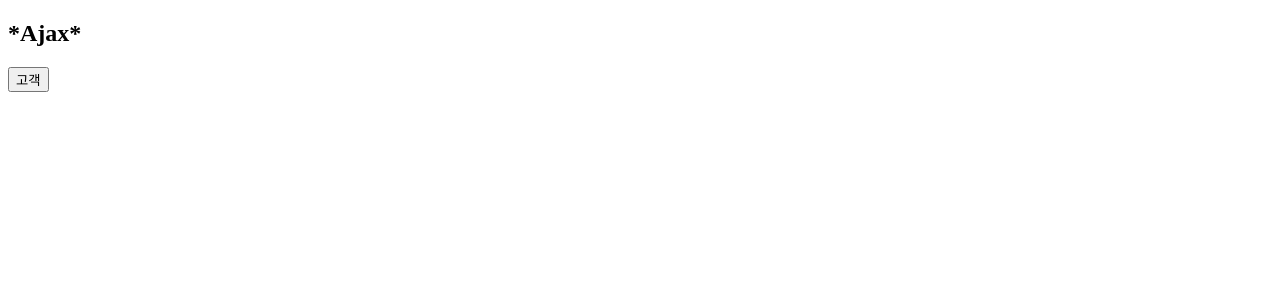
Repository: offbr/Spring
Page: http://localhost/spring_mvc19_json_ex/
The author's editor kept a copy of each file at every save. The page is drawn from the files as they stood at one save, then again after the next save.
The browser window is 1280 px wide. The pictures show the whole page.
The page is served by Tomcat 9. Nobody is signed in. The application's start-up code is not run.

Above is the page before, as saved 2016-10-14 05:35:55.

After the next save:
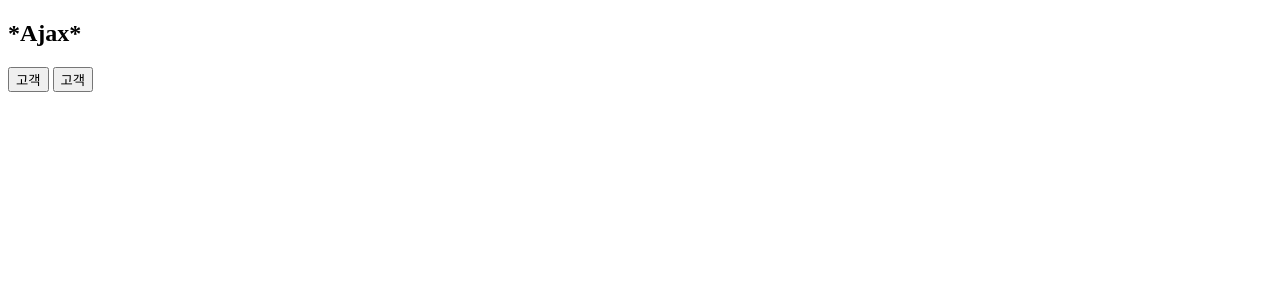
Saved 3 min 9 s later.
--- a/spring_mvc19_json_ex/src/main/webapp/index.jsp
+++ b/spring_mvc19_json_ex/src/main/webapp/index.jsp
@@ -9,5 +9,6 @@
 <body>
 	<h2>*Ajax*</h2>
 <a href="gogek.jsp"><button>고객</button></a>
+<a href="gogek.jsp"><button>고객</button></a>
 </body>
 </html>
